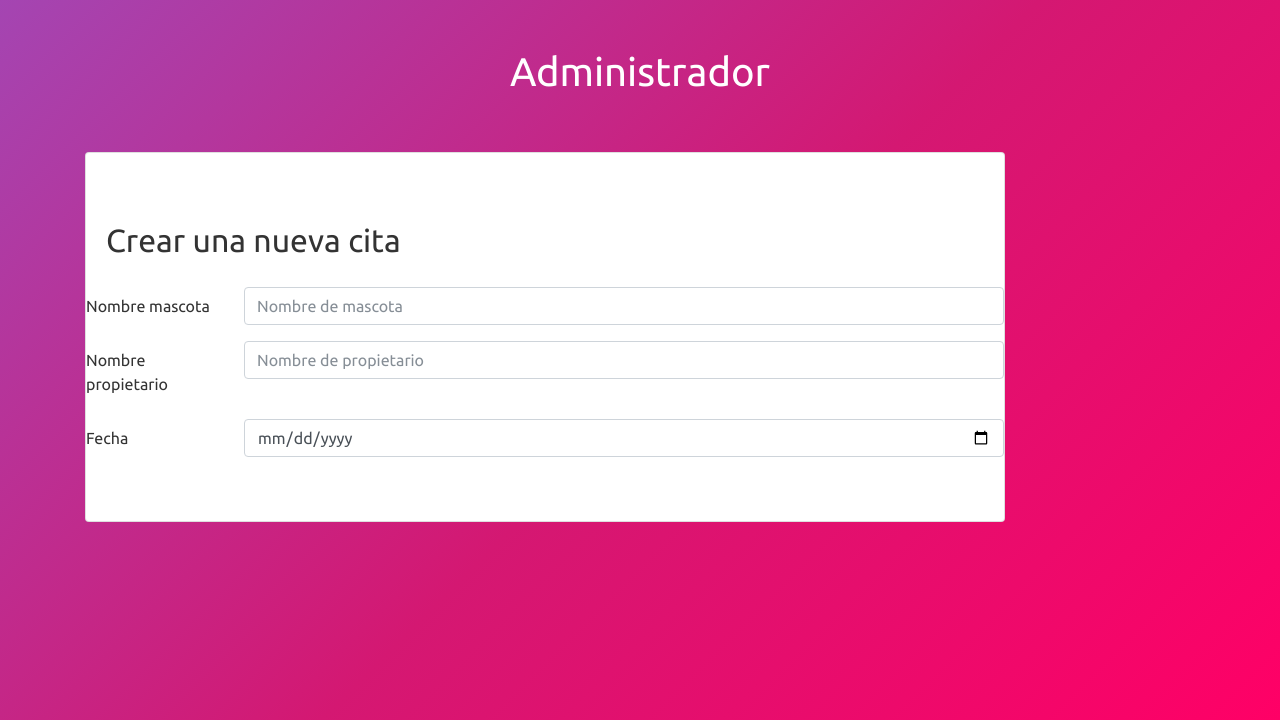
Repository: harrycampaz/react-veterinario-form
Page: /
The author's editor kept a copy of each file at every save. The page is drawn from the files as they stood at one save, then again after the next save.
The browser window is 1280 px wide. The pictures show the whole page.
The project was rebuilt for these pictures with package versions that can differ from the ones it lists, and the page was loaded fresh each time.

Above is the page before, as saved 2020-01-16 14:15:49.

After the next save:
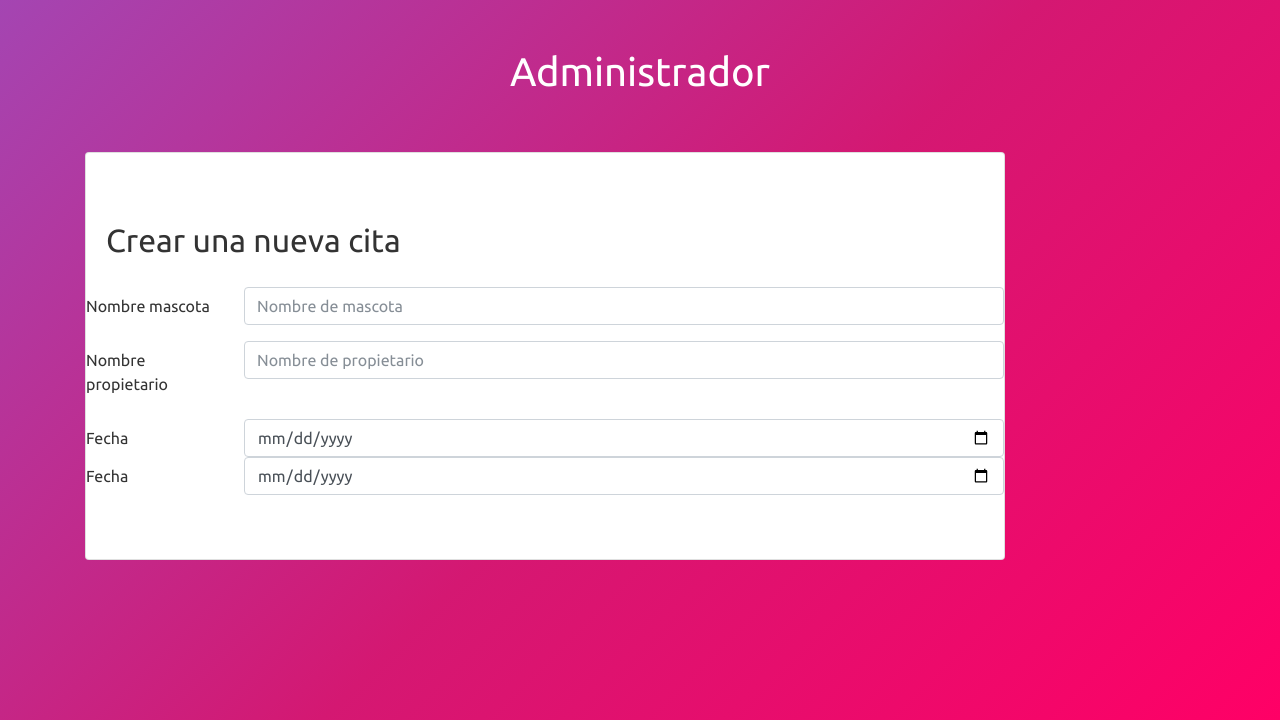
Saved 19 s later.
--- a/src/components/layout/NuevaCita.js
+++ b/src/components/layout/NuevaCita.js
@@ -51,6 +51,19 @@
             />
 
            </div>
+
+           <label className='col-sm-4 col-lg-2 col-form-label' for="nombre">Fecha</label>
+           <div className="col-sm-8 col-lg-10">
+           <input
+              type="date"
+              className="form-control"
+              name="propietario"
+              id="propietario"
+              aria-describedby="emailHelpId"
+              placeholder="Nombre de propietario"
+            />
+
+           </div>
           </div>
         </form>
       </div>

After the save that followed:
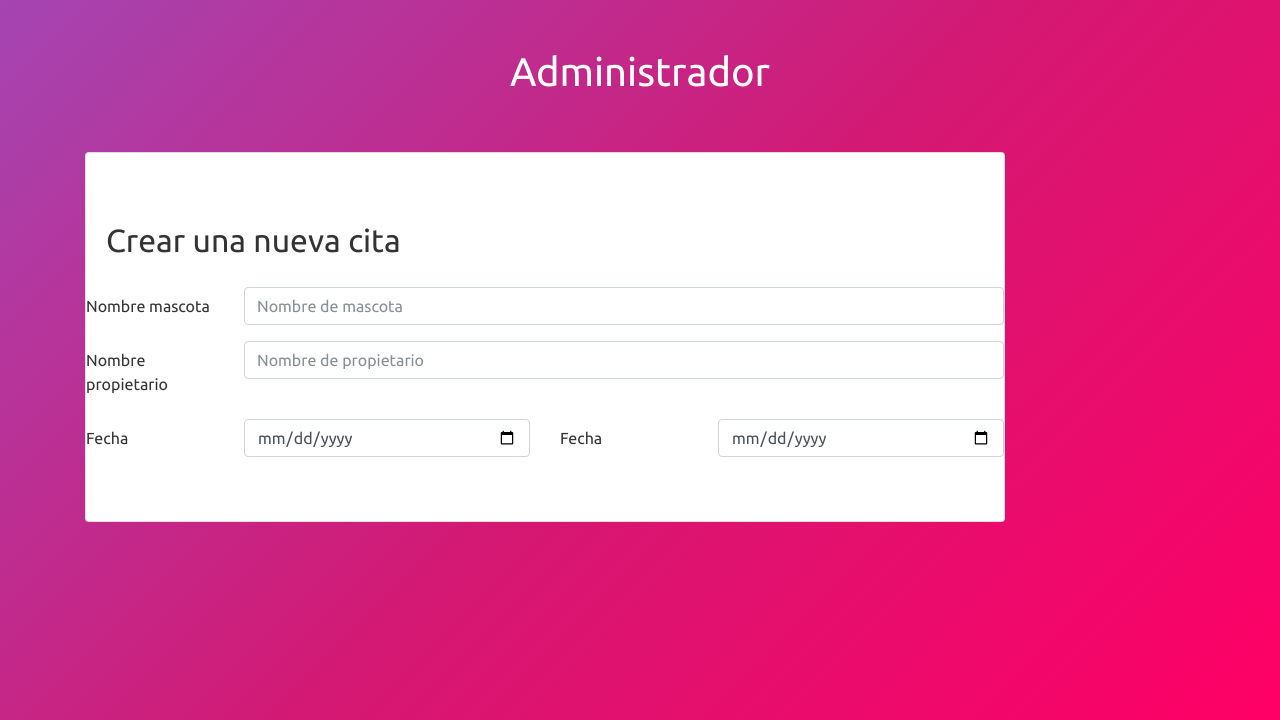
Saved 25 s later.
--- a/src/components/layout/NuevaCita.js
+++ b/src/components/layout/NuevaCita.js
@@ -40,7 +40,7 @@
 
           <div class="form-group row">
             <label className='col-sm-4 col-lg-2 col-form-label' for="nombre">Fecha</label>
-           <div className="col-sm-8 col-lg-10">
+           <div className="col-sm-8 col-lg-4">
            <input
               type="date"
               className="form-control"
@@ -53,7 +53,7 @@
            </div>
 
            <label className='col-sm-4 col-lg-2 col-form-label' for="nombre">Fecha</label>
-           <div className="col-sm-8 col-lg-10">
+           <div className="col-sm-8 col-lg-4">
            <input
               type="date"
               className="form-control"
